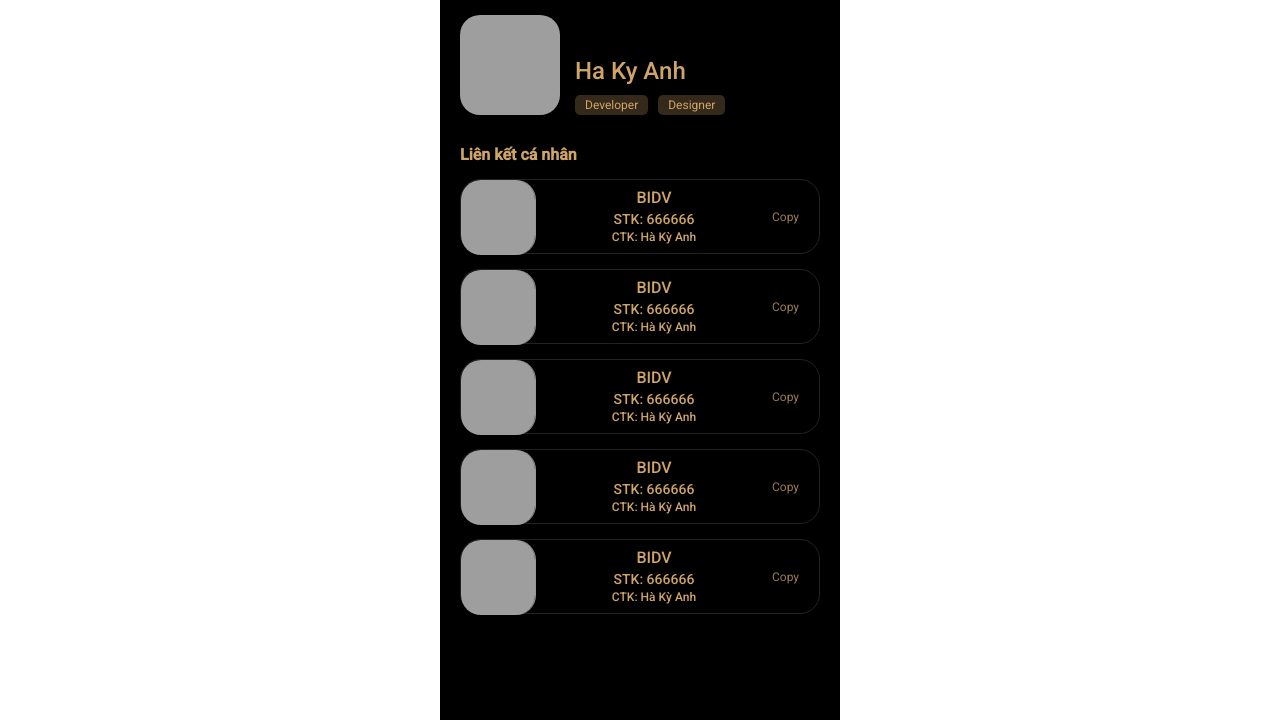
Repository: yzarc204/nguyen-tien-viet-hoang
Page: thong-tin-thanh-toan/index.html
These files come from the project's save history. The page is drawn as it stood at one moment and after the next save; the edit follows.
The browser window is 1280 px wide. The pictures show the whole page.
Pictures or frames that could not be fetched are drawn as grey boxes.

Above is the page before, as saved 2021-09-27 11:09:25.

### thong-tin-thanh-toan/index.html
<!DOCTYPE html>
<html lang="en">
<head>
    <meta charset="UTF-8">
    <meta http-equiv="X-UA-Compatible" content="IE=edge">
    <meta name="viewport" content="width=device-width, initial-scale=1.0">
    <title>Personal Card</title>
    <!-- Google Fonts -->
    <link rel="preconnect" href="https://fonts.googleapis.com">
    <link rel="preconnect" href="https://fonts.gstatic.com" crossorigin>
    <link href="https://fonts.googleapis.com/css2?family=Roboto:wght@300;400;500&display=swap" rel="stylesheet">
    <!-- CSS -->
    <link rel="stylesheet" href="./public/css/index.css">
</head>
<body>
    <div class="container">
        <div class="profile-header">
            <img alt="Avatar"
                src="https://source.unsplash.com/random"
                class="profile-avatar">
            <div class="profile-info">
                <h4 class="profile-name">Ha Ky Anh</h4>
                <div class="skills">
                    <div class="skill-tag">Developer</div>
                    <div class="skill-tag">Designer</div>
                </div>
            </div>
        </div>
        <h4 class="title">Liên kết cá nhân</h4>
        <div class="banks">
            <div class="bank">
                <img src="https://source.unsplash.com/random" class="bank-logo">
                <div class="bank-info">
                    <p class="bank-name">BIDV</p>
                    <p class="bank-number">STK: 666666</p>
                    <p class="bank-owner">CTK: Hà Kỳ Anh</p>
                </div>
                <span class="btn-copy">Copy</span>
            </div>
            <div class="bank">
                <img src="https://source.unsplash.com/random" class="bank-logo">
                <div class="bank-info">
                    <p class="bank-name">BIDV</p>
                    <p class="bank-number">STK: 666666</p>
                    <p class="bank-owner">CTK: Hà Kỳ Anh</p>
                </div>
                <span class="btn-copy">Copy</span>
            </div>
            <div class="bank">
                <img src="https://source.unsplash.com/random" class="bank-logo">
                <div class="bank-info">
                    <p class="bank-name">BIDV</p>
                    <p class="bank-number">STK: 666666</p>
                    <p class="bank-owner">CTK: Hà Kỳ Anh</p>
                </div>
                <span class="btn-copy">Copy</span>
            </div>
            <div class="bank">
                <img src="https://source.unsplash.com/random" class="bank-logo">
                <div class="bank-info">
                    <p class="bank-name">BIDV</p>
                    <p class="bank-number">STK: 666666</p>
                    <p class="bank-owner">CTK: Hà Kỳ Anh</p>
                </div>
                <span class="btn-copy">Copy</span>
            </div>
            <div class="bank">
                <img src="https://source.unsplash.com/random" class="bank-logo">
                <div class="bank-info">
                    <p class="bank-name">BIDV</p>
                    <p class="bank-number">STK: 666666</p>
                    <p class="bank-owner">CTK: Hà Kỳ Anh</p>
                </div>
                <span class="btn-copy">Copy</span>
            </div>
        </div>
    </div>
</body>
</html>

### thong-tin-thanh-toan/public/css/index.css
* {
    padding: 0;
    margin: 0;
    -webkit-box-sizing: border-box;
    font-family: 'Roboto', sans-serif;
}

:root {
    --primary-color: #cea469;
    --secondary-color: #211A10;
    --dark-color: #cea469;
}

body {
    width: 100%;
    overflow: hidden;
}

/* ===== CONTAINER ===== */
.container{
    width: 400px;
    height: 100vh;
    margin: 0 auto;
    padding: 15px 20px;
    overflow: hidden scroll;
    background: #000;
    color: var(--primary-color);
}
/* ===== PROFILE HEADER ===== */
.profile-header{
    width: 100%;
    display: flex;
    flex-wrap: wrap;
    margin-bottom: 30px;
}
.profile-avatar{
    width: 100px;
    height: 100px;
    object-fit: cover;
    object-position: center;
    border-radius: 20px;
}
.profile-info{
    margin-top: auto;
    padding: 0px 15px;
}
.profile-name{
    margin-bottom: 10px;
    font-size: 24px;
    font-weight: 500;
}
.skills{
    display: flex;
    flex-wrap: nowrap;
}
.skill-tag{
    padding: 3px 10px;
    margin-right: 10px;
    color: var(--primary-color);
    font-size: 12px;
    position: relative;
    display: none;
}
.skill-tag:before {
    content: "";
    position: absolute;
    top: 0;
    right: 0;
    bottom: 0;
    left: 0;
    background-color: currentColor;
    opacity: 0.25;
    border-radius: 5px;
}
.skill-tag:first-child {
    display: block;
}
.skill-tag:nth-child(2) {
    display: block;
}
/* ===== TITLE ===== */
.title{
    margin-bottom: 15px;
}
/* ===== BANKS ===== */
.banks {
    width: 100%;
    overflow: hidden;
    --size: 75px;
    --border-rounded: 20px;
}
.bank {
    width: 100%;
    height: var(--size);
    margin-bottom: 15px;
    display: flex;
    border: 1px solid #222;
    border-radius: var(--border-rounded);
}
.bank-logo {
    width: var(--size);
    height: var(--size);
    border-right: 1px solid rgb(156, 150, 150);
    border-radius: inherit;
}
.bank-info {
    flex: 1;
    text-align: center;
    padding: 10px 7.5px;
    display: flex;
    flex-direction: column;
    justify-content: space-between;
    align-items: center;
}
.bank-info > p {
    font-weight: 500;
    line-height: 1;
}
.bank-name{
    font-size: 16px;
}
.bank-number{
    font-size: 14px;
}
.bank-owner {
    font-size: 12px;
}
.btn-copy{
    color: var(--primary-color);
    font-size: 12px;
    height: fit-content;
    padding: 10px;
    position: relative;
    top: 50%;
    right: 10px;
    transform: translateY(-50%);
    cursor: pointer;
}
.btn-copy:before {
    content: "";
    position: absolute;
    top: 0;
    right: 0;
    bottom: 0;
    left: 0;
    background: #000;
    opacity: 0.25;
}

After the next save:
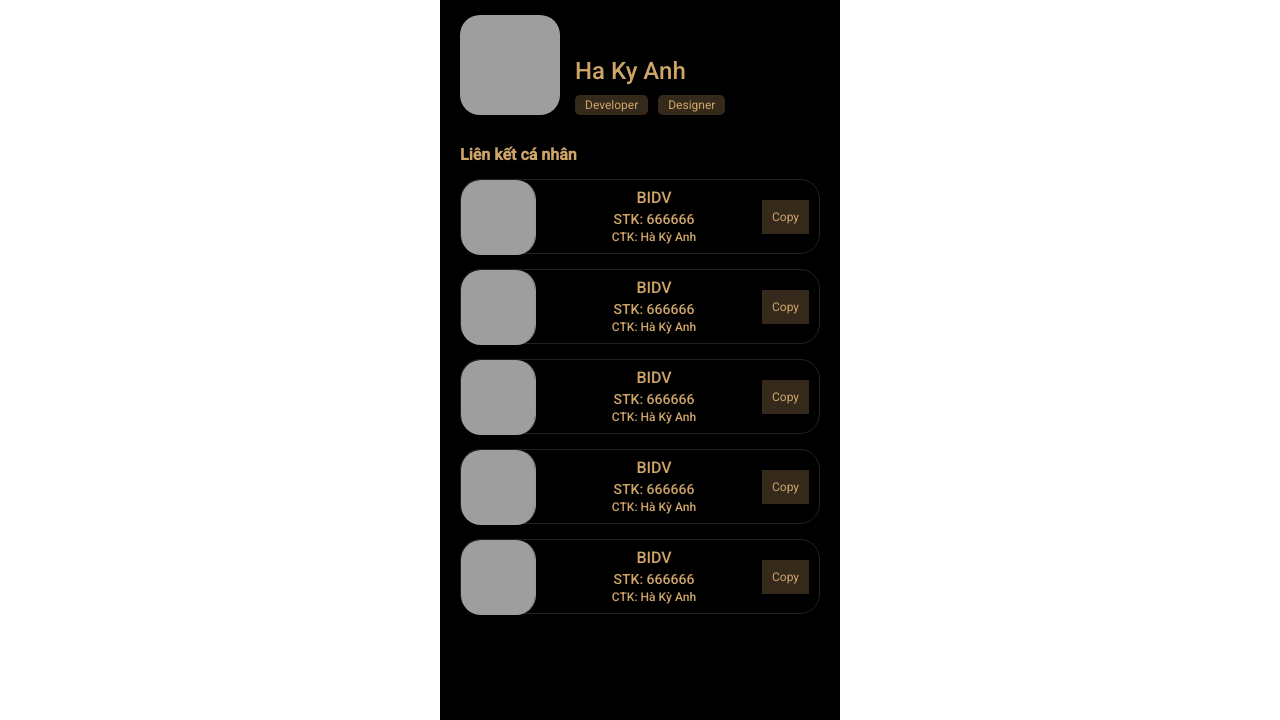
Saved 8 s later.
--- a/thong-tin-thanh-toan/public/css/index.css
+++ b/thong-tin-thanh-toan/public/css/index.css
@@ -143,6 +143,6 @@ body {
     right: 0;
     bottom: 0;
     left: 0;
-    background: #000;
+    background: currentColor;
     opacity: 0.25;
 }
